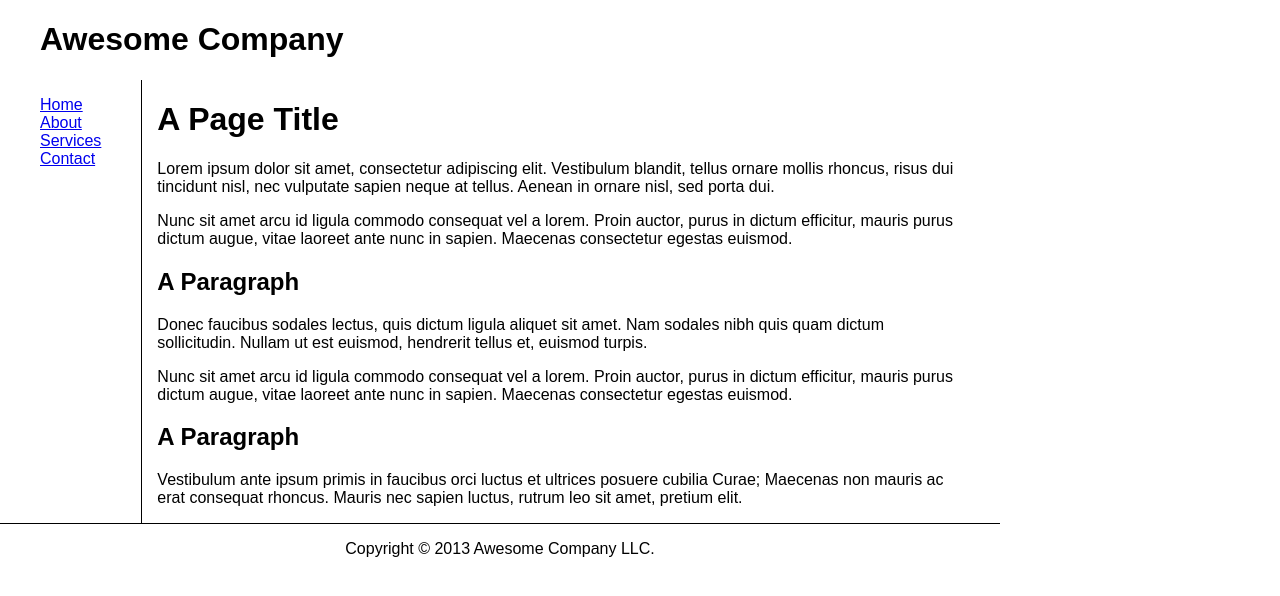
Repository: paircolumbus/DoYouKnowTheDom2
Page: left-hand-nav-drill/index.html
The author's editor kept a record of every edit. The page is drawn from the files as they stood at one moment, then again after the next edit.
The browser window is 1280 px wide. The pictures show the whole page.

Above is the page before.

After the next edit:
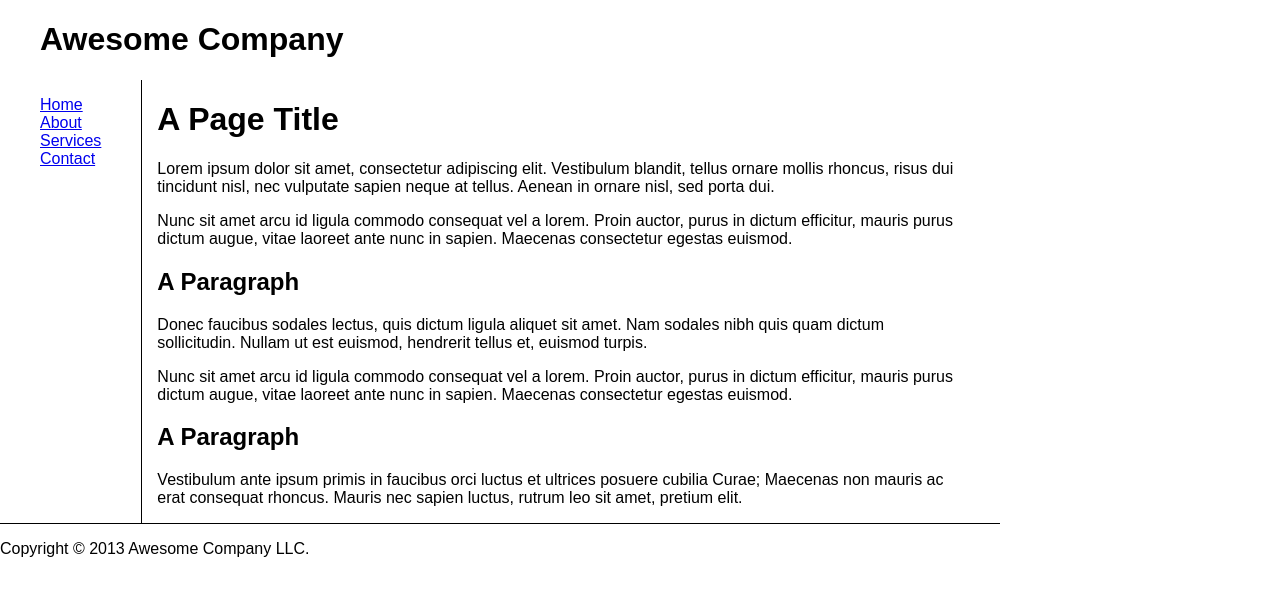
The edit:
--- a/left-hand-nav-drill/main.css
+++ b/left-hand-nav-drill/main.css
@@ -30,8 +30,4 @@
   width: 1000px;
   border-top: 1px solid black;
 }
-
-footer > p {
-  text-align: center;
-}
 /* & here */
